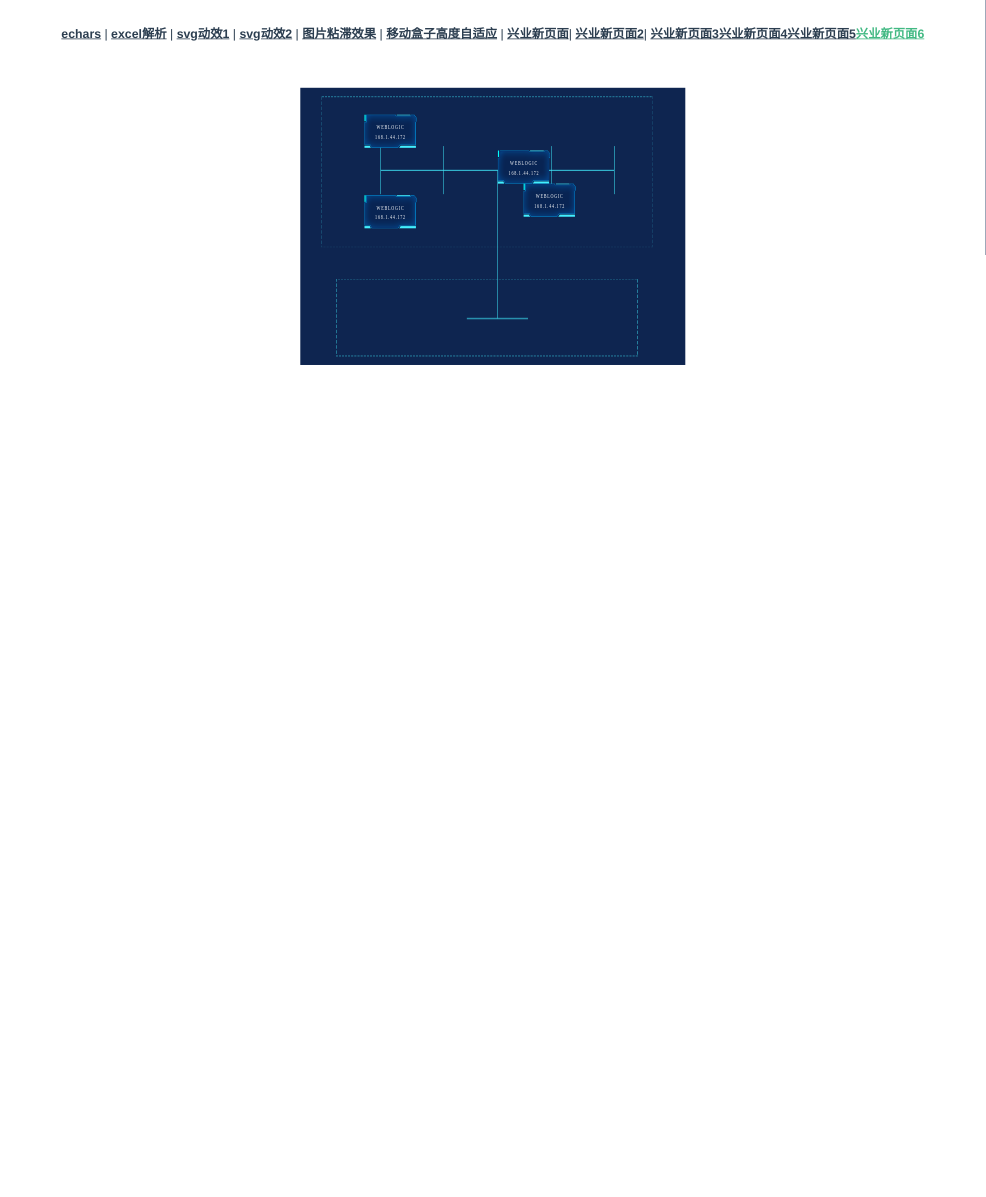
Repository: dmj199811/animation-dmj
Page: /#/work-page8
The author's editor kept a copy of each file at every save. The page is drawn from the files as they stood at one save, then again after the next save.
The browser window is 1280 px wide. The pictures show the whole page, at 77% of full size.
The project was rebuilt for these pictures with package versions that can differ from the ones it lists, and the page was loaded fresh each time.

Above is the page before, as saved 2020-07-03 16:16:31.

After the next save:
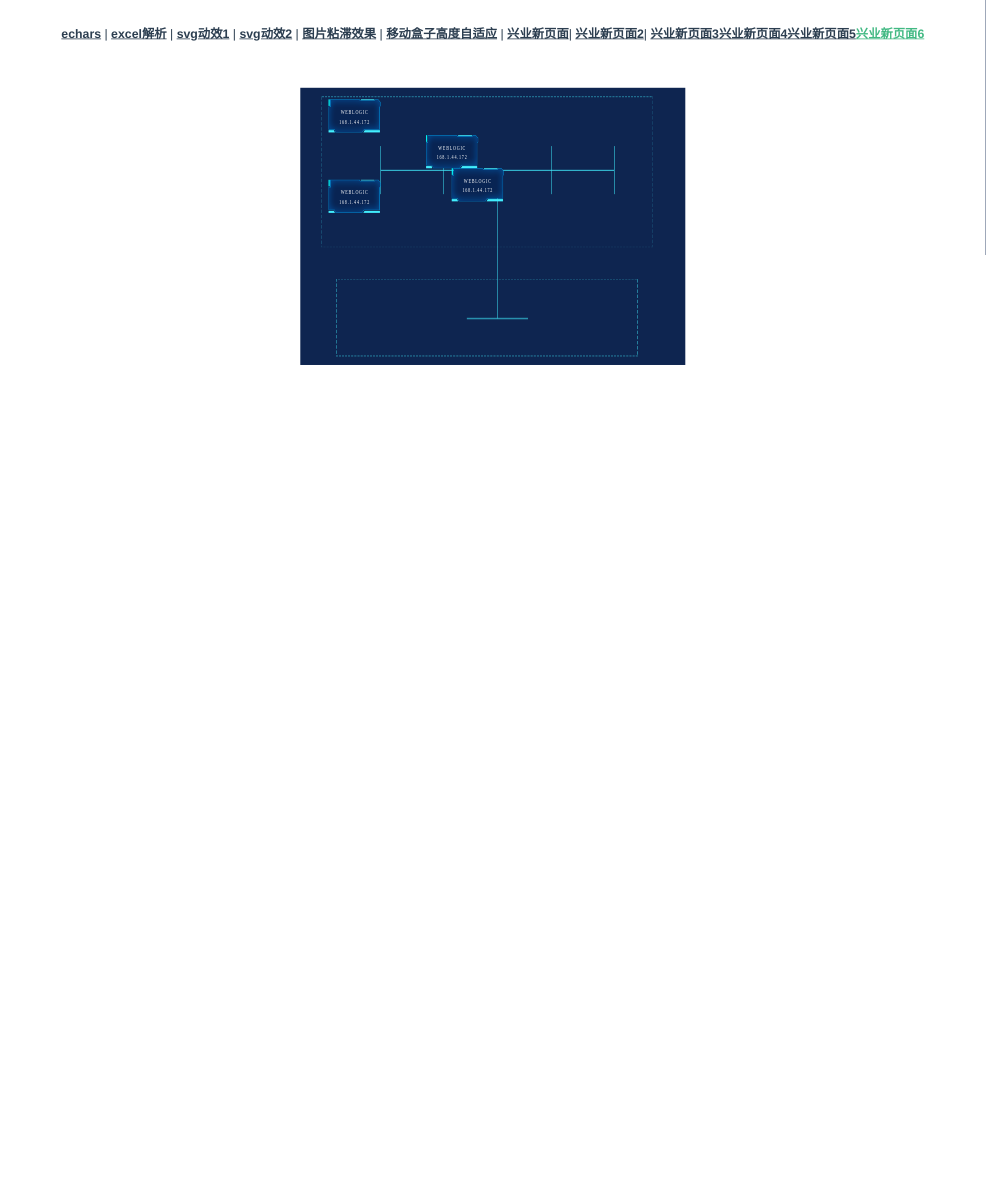
Saved 25 s later.
--- a/src/views/newPage6/index.vue
+++ b/src/views/newPage6/index.vue
@@ -112,8 +112,7 @@
   // background-color: #e9e9;
   width: 500px;
   height: 305px;
-  margin-left: 140px;
-  margin-top: 40px;
+
 
 }
 

After the save that followed:
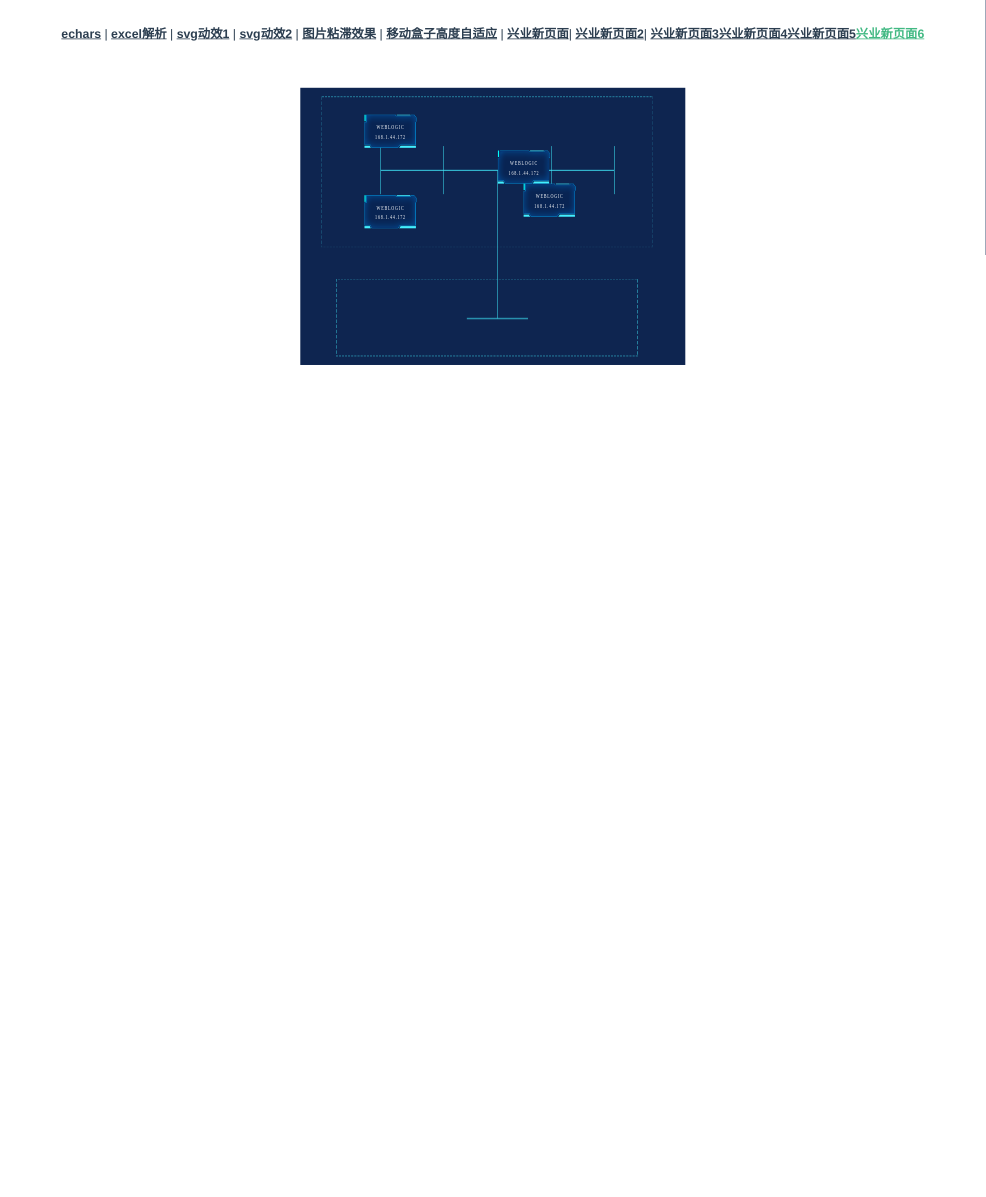
Saved 9 s later.
--- a/src/views/newPage6/index.vue
+++ b/src/views/newPage6/index.vue
@@ -112,7 +112,8 @@
   // background-color: #e9e9;
   width: 500px;
   height: 305px;
-
+  margin-left: 140px;
+  margin-top: 40px;
 
 }
 
